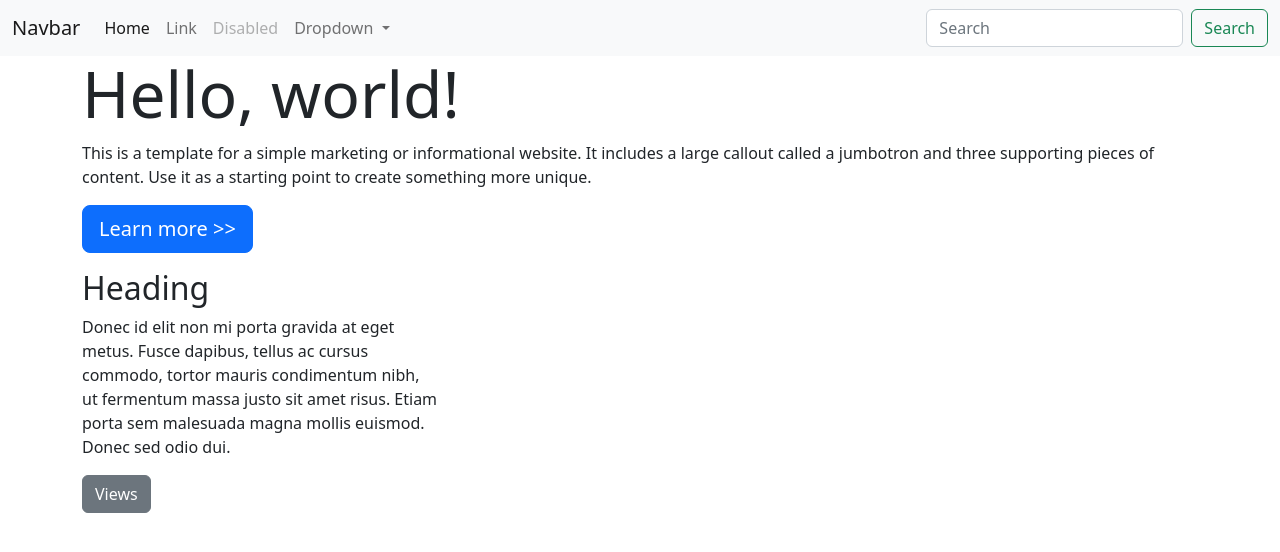
Repository: trongtamdev/lession1_html_sleepcloud
Page: jumbotron.html
The author's editor kept a copy of each file at every save. The page is drawn from the files as they stood at one save, then again after a run of saves.
The browser window is 1280 px wide. The pictures show the whole page.

Above is the page before, as saved 2022-09-10 15:24:59.

### jumbotron.html
<!DOCTYPE html>
<html lang="en">
  <head>
    <meta charset="UTF-8" />
    <meta http-equiv="X-UA-Compatible" content="IE=edge" />
    <meta name="viewport" content="width=device-width, initial-scale=1.0" />
    <title>Jumbotron</title>
    <link href="./styles/bootstrap.css" rel="stylesheet" />
    <script src="https://cdn.jsdelivr.net/npm/bootstrap@5.2.1/dist/js/bootstrap.bundle.min.js"></script>
  </head>
  <body>
    <nav class="navbar navbar-expand-lg bg-light">
      <div class="container-fluid">
        <a class="navbar-brand" href="#">Navbar</a>
        <button
          class="navbar-toggler"
          type="button"
          data-bs-toggle="collapse"
          data-bs-target="#navbarSupportedContent"
          aria-controls="navbarSupportedContent"
          aria-expanded="false"
          aria-label="Toggle navigation"
        >
          <span class="navbar-toggler-icon"></span>
        </button>
        <div class="collapse navbar-collapse" id="navbarSupportedContent">
          <ul class="navbar-nav me-auto mb-2 mb-lg-0">
            <li class="nav-item">
              <a class="nav-link active" aria-current="page" href="#">Home</a>
            </li>
            <li class="nav-item">
              <a class="nav-link" href="#">Link</a>
            </li>
            <li class="nav-item">
              <a class="nav-link disabled">Disabled</a>
            </li>
            <li class="nav-item dropdown">
              <a
                class="nav-link dropdown-toggle"
                href="#"
                role="button"
                data-bs-toggle="dropdown"
                aria-expanded="false"
              >
                Dropdown
              </a>
              <ul class="dropdown-menu">
                <li><a class="dropdown-item" href="#">Action</a></li>
                <li><a class="dropdown-item" href="#">Another action</a></li>
                <li><hr class="dropdown-divider" /></li>
                <li>
                  <a class="dropdown-item" href="#">Something else here</a>
                </li>
              </ul>
            </li>
          </ul>
          <form class="d-flex" role="search">
            <input
              class="form-control me-2"
              type="search"
              placeholder="Search"
              aria-label="Search"
            />
            <button class="btn btn-outline-success" type="submit">
              Search
            </button>
          </form>
        </div>
      </div>
    </nav>

    <main>
      <div class="jumbotron">
        <div class="container">
          <h1 class="display-3">Hello, world!</h1>
          <p>
            This is a template for a simple marketing or informational website.
            It includes a large callout called a jumbotron and three supporting
            pieces of content. Use it as a starting point to create something
            more unique.
          </p>
          <p><a class="btn btn-primary btn-lg" href="#">Learn more >></a></p>
        </div>
      </div>

      <div class="container">
        <div class="row">
          <div class="col-md-4">
            <h2>Heading</h2>
            <p>
              Donec id elit non mi porta gravida at eget metus. Fusce dapibus,
              tellus ac cursus commodo, tortor mauris condimentum nibh, ut
              fermentum massa justo sit amet risus. Etiam porta sem malesuada
              magna mollis euismod. Donec sed odio dui.
            </p>
            <p><a class="btn btn-secondary" href="#" role="button">Views</a></p>
          </div>
        </div>
      </div>
    </main>
  </body>
</html>

Loaded but not shown: styles/bootstrap.css (library)

After the next 2 saves:
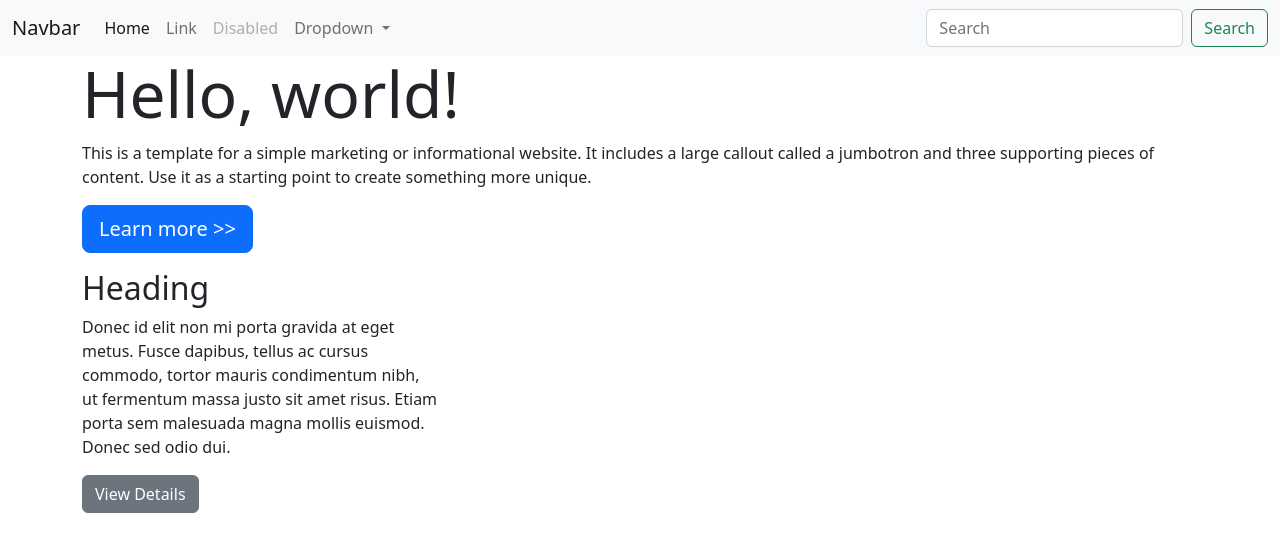
The 2 saves are shown as one change because they came seconds apart.
The last was saved 5 s later.
--- a/jumbotron.html
+++ b/jumbotron.html
@@ -93,7 +93,11 @@
               fermentum massa justo sit amet risus. Etiam porta sem malesuada
               magna mollis euismod. Donec sed odio dui.
             </p>
-            <p><a class="btn btn-secondary" href="#" role="button">Views</a></p>
+            <p>
+              <a class="btn btn-secondary" href="#" role="button"
+                >View Details</a
+              >
+            </p>
           </div>
         </div>
       </div>
